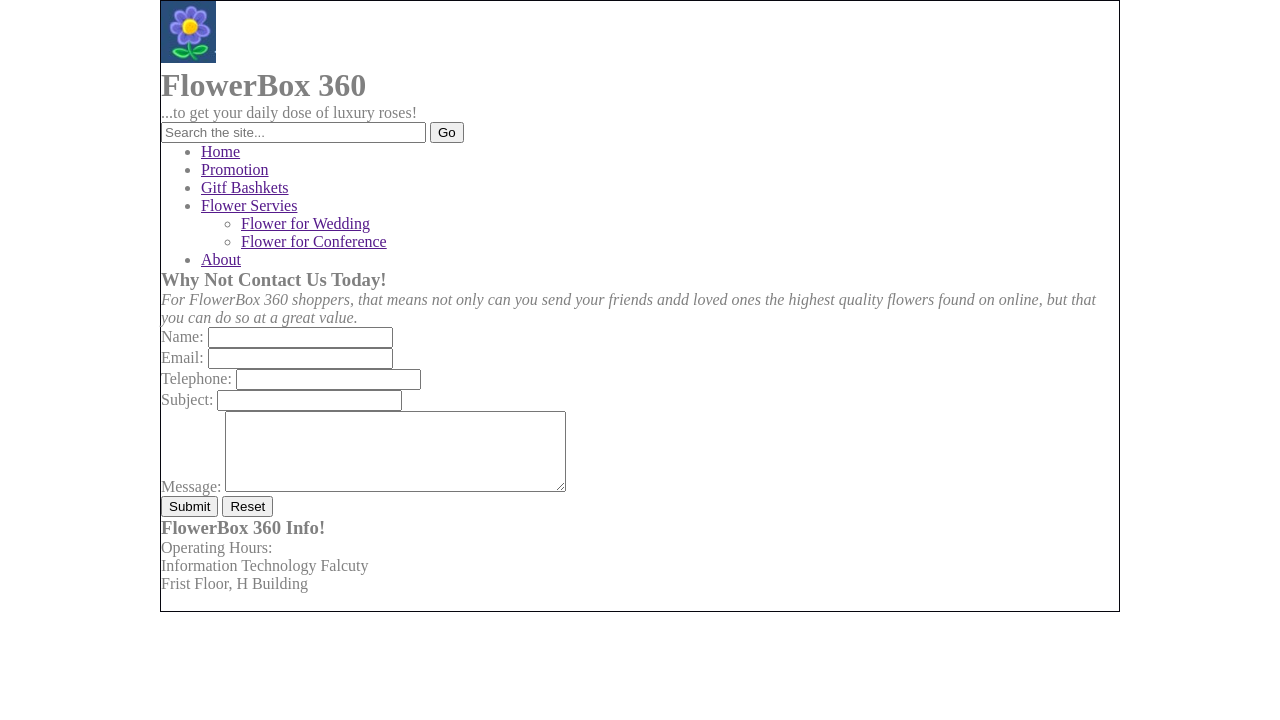
Repository: duongtheng/bai-tap-tuan-6
Page: html/index.html
The author's editor kept a copy of each file at every save. The page is drawn from the files as they stood at one save, then again after the next save.
The browser window is 1280 px wide. The pictures show the whole page.

Above is the page before, as saved 2022-03-23 13:43:20.

After the next save:
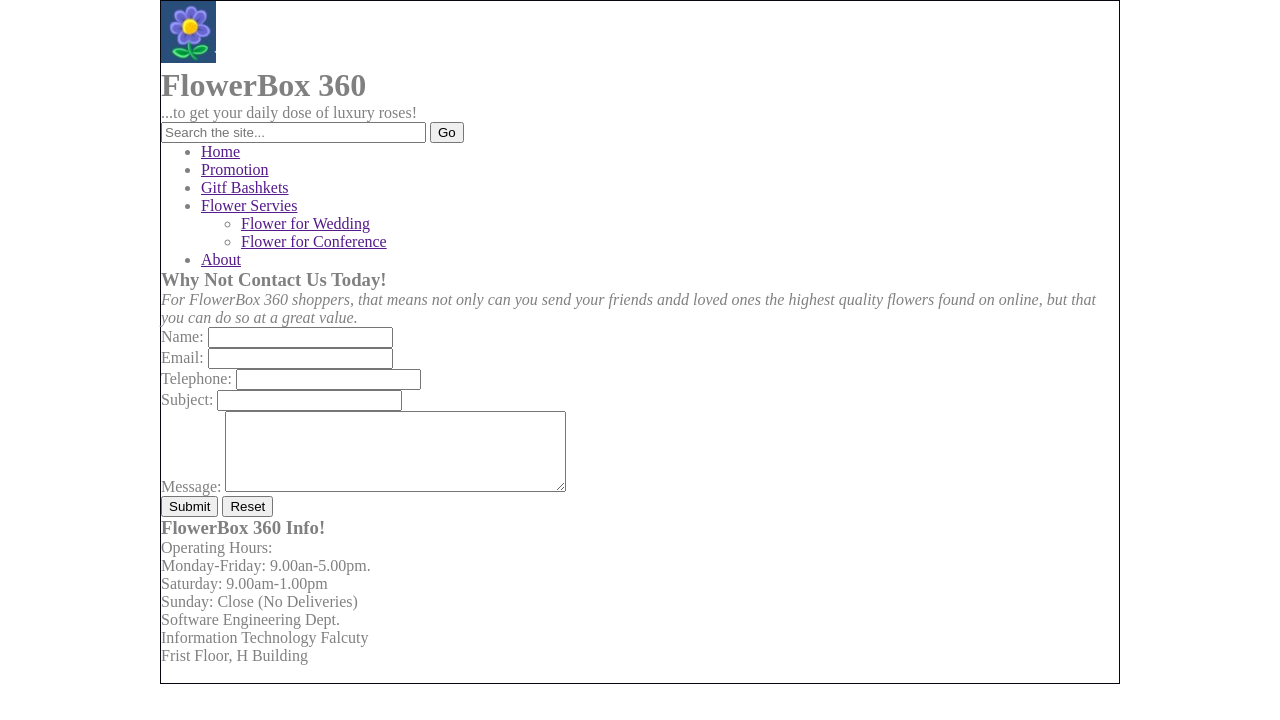
Saved 2 min 2 s later.
--- a/html/index.html
+++ b/html/index.html
@@ -68,7 +68,10 @@
     <div id="section-right">
         <h3>FlowerBox 360 Info!</h3>
         <p>
-            Operating Hours: <br> Information Technology Falcuty <br> Frist Floor, H Building <br><br>
+            Operating Hours: <br> Monday-Friday: 9.00an-5.00pm. <br> Saturday: 9.00am-1.00pm <br> Sunday: Close (No Deliveries) <br>
+        </p>
+        <p>
+            Software Engineering Dept. <br> Information Technology Falcuty <br> Frist Floor, H Building <br><br>
         </p>
     </div>
     </section>
